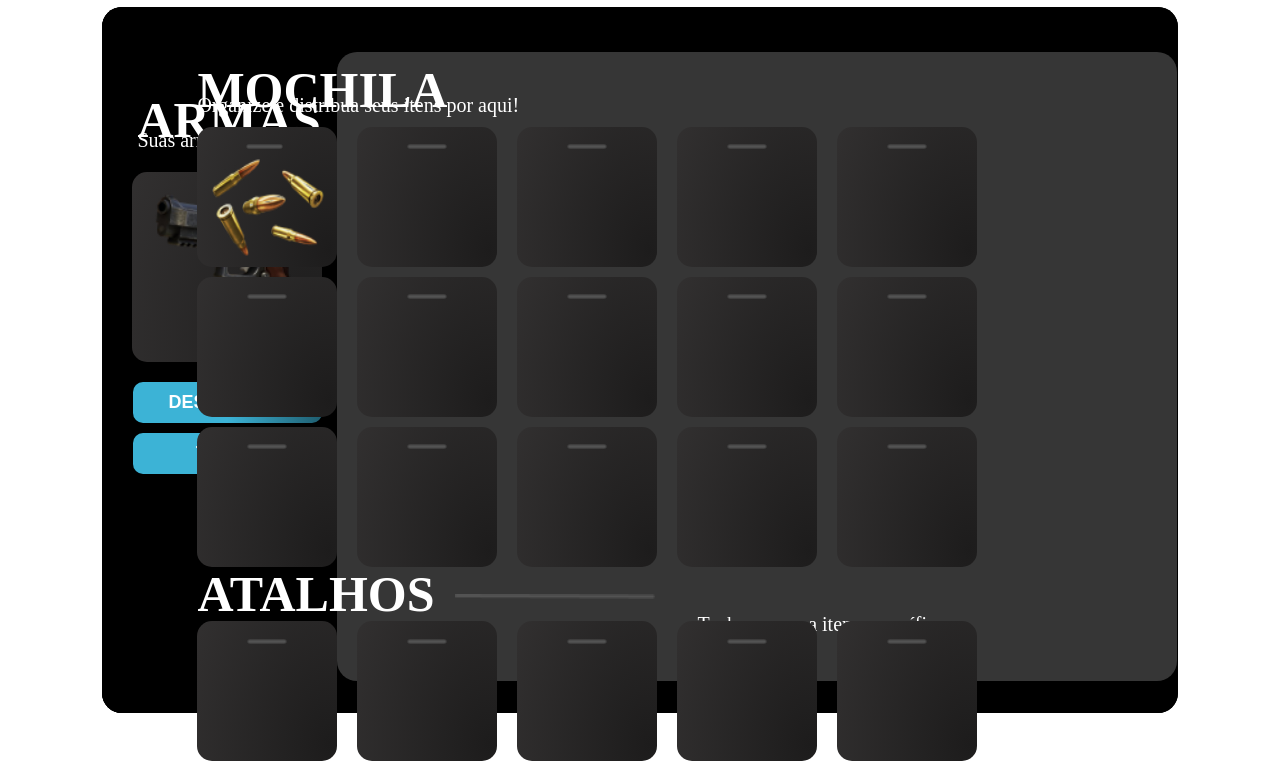
Repository: DuMCorrea/Mochila
Page: index.html
The author's editor kept a copy of each file at every save. The page is drawn from the files as they stood at one save, then again after a run of saves.
The browser window is 1280 px wide. The pictures show the whole page.
Some web fonts or font styles are not loaded; a fallback is used.

Above is the page before, as saved 2024-09-03 09:50:42.

### index.html
<!DOCTYPE html>
<html lang="pt-BR">
<head>
    <meta charset="UTF-8">
    <meta name="viewport" content="width=device-width, initial-scale=1.0">
    <link href="https://fonts.googleapis.com/css2?family=Baloo+Bhai+2&display=swap" rel="stylesheet">
    <title>Modelo de Tela</title>
    <link rel="stylesheet" href="styles.css">
</head>
<body>
    <div class="container">
        <div class="background-rectangle">
            <div class="left-div">
                <div class="content-left">
                    <h1>ARMAS</h1>
                    <p>Suas armas equipadas!</p>
                    <div class="image-container">
                        <img src="assets/ARMA.png" alt="Imagem" />
                    </div>
                    <button class="desequipar-btn">DESEQUIPAR</button>
                    <button class="todas">TODAS</button>
                </div>
            </div>
            <div class="right-div">
                <div class="content-right">
                    <h1>MOCHILA</h1>
                    <p>Organize e distribua seus itens por aqui!</p>
                    <div class="squares-container">
                        <div class="square">
                            <img src="assets/traco.png" alt="Imagem" class="square-image-unic">
                            <img src="assets/balas.png" alt="Imagem" class="shots-image">
                        </div>
                        <div class="square">
                            <img src="assets/traco.png" alt="Imagem" class="square-image">
                        </div>
                        <div class="square">
                            <img src="assets/traco.png" alt="Imagem" class="square-image">
                        </div>
                        <div class="square">
                            <img src="assets/traco.png" alt="Imagem" class="square-image">
                        </div>
                        <div class="square">
                            <img src="assets/traco.png" alt="Imagem" class="square-image">
                        </div>
                    </div>
                    <!-- Segunda linha de quadrados -->
                    <div class="squares-containerr">
                        <div class="square">
                            <img src="assets/traco.png" alt="Imagem" class="square-image">
                        </div>
                        <div class="square">
                            <img src="assets/traco.png" alt="Imagem" class="square-image">
                        </div>
                        <div class="square">
                            <img src="assets/traco.png" alt="Imagem" class="square-image">
                        </div>
                        <div class="square">
                            <img src="assets/traco.png" alt="Imagem" class="square-image">
                        </div>
                        <div class="square">
                            <img src="assets/traco.png" alt="Imagem" class="square-image">
                        </div>
                    </div>

                    <!-- Terceira linha de quadrados -->
                    <div class="squares-containerrr">
                        <div class="square">
                            <img src="assets/traco.png" alt="Imagem" class="square-image">
                        </div>
                        <div class="square">
                            <img src="assets/traco.png" alt="Imagem" class="square-image">
                        </div>
                        <div class="square">
                            <img src="assets/traco.png" alt="Imagem" class="square-image">
                        </div>
                        <div class="square">
                            <img src="assets/traco.png" alt="Imagem" class="square-image">
                        </div>
                        <div class="square">
                            <img src="assets/traco.png" alt="Imagem" class="square-image">
                        </div>
                        </div>
                        <div class="atalhos-title-container">
                            <h1 class="atalhos-title">
                                ATALHOS
                                <img src="assets/linhaGrande.png" alt="Descrição da Imagem" class="atalhos-image">
                                <p class="atalhos-paragraph">Tenha acesso a itens específicos</p>
                            </h1>
                        </div>
                        <div class="shortcuts-container">
                            <div class="square">
                                <img src="assets/traco.png" alt="Imagem" class="square-image">
                            </div>
                            <div class="square">
                                <img src="assets/traco.png" alt="Imagem" class="square-image">
                            </div>
                            <div class="square">
                                <img src="assets/traco.png" alt="Imagem" class="square-image">
                            </div>
                            <div class="square">
                                <img src="assets/traco.png" alt="Imagem" class="square-image">
                            </div>
                            <div class="square">
                                <img src="assets/traco.png" alt="Imagem" class="square-image">
                            </div>
                        </div>

                        </div>
                        </div>
                        </div>
                        </div>
                        </body>

                        </html>

### styles.css
body, html {
    margin: 0;
    padding: 0;
    width: 100%;
    height: 100%;
    display: flex;
    justify-content: center;
    align-items: center;
    background-color: white; /* Fundo preto para o body */
    font-family: 'Baloo Bhai 2', cursive; /* Aplicando a fonte Baloo Bhai */
}

.container {
    width: 84%; /* Largura da div principal */
    height: 98%; /* Altura da div principal */
    display: flex;
    justify-content: center;
    align-items: center;
    background-color: #000000; /* Fundo preto para a div principal */
    border-radius: 20px; /* Canto arredondado */
    font-family: 'Baloo Bhai 2', cursive; /* Aplicando a fonte Baloo Bhai */
}

.background-rectangle {
    width: 100%;
    height: 100%;
    background: #000000; /* Fundo preto para o retângulo principal */
    border-radius: 20px; /* Cantos arredondados */
    display: flex;
}

.left-div {
    width: 22%; /* 25% da largura da tela */
    height: 100%;
    background-color: #000000; /* Fundo preto para a div esquerda */
    display: flex;
    justify-content: center;
    align-items: center;
    border-radius: 20px 0 0 20px; /* Canto arredondado à esquerda */
    font-family: 'Baloo Bhai 2', cursive; /* Aplicando a fonte Baloo Bhai */
}

.right-div {
    width: calc(110% - 20px); /* 73% da largura da tela menos a margem */
    height: calc(92% - 20px); /* 95% da altura menos a margem */
    background-color: #363636; /* Fundo cinza para a div direita */
    display: flex;
    justify-content: center;
    align-items: center;
    margin: 45px; /* Margem em torno da div da direita */
    border-radius: 20px; /* Cantos arredondados */
    font-family: 'Baloo Bhai 2', cursive; /* Aplicando a fonte Baloo Bhai */
}


/* DIV DA ESQUERDA */

.content-left {
    text-align: justify; /* Justifica o texto */
    display: flex;
    flex-direction: column;
    justify-content: flex-start; /* Alinha os elementos ao topo da div */
    align-items: center; /* Centraliza horizontalmente */
    height: 100%; /* Ocupa toda a altura da div esquerda */
    padding-top: 100px; /* Adiciona um espaçamento do topo */
}

.left-div h1 {
    color: white; /* Cor branca para o título */
    font-size: 50px; /* Tamanho da fonte do título */
    margin-bottom: -20px; /* Espaçamento negativo para aproximar o parágrafo */
    font-weight: 900;
    width: 100%; /* Para garantir que a justificação funcione */
    text-align: justify; /* Justifica o texto do título */
    position: relative;
    left: 35px;
}

.left-div p {
    color: white; /* Cor branca para a frase */
    font-size: 20px; /* Tamanho da fonte da frase */
    margin-top: 0; /* Remove a margem superior do parágrafo */
    width: 100%; /* Para garantir que a justificação funcione */
    text-align: justify; /* Justifica o texto da frase */
    font-weight: 100;
    position: relative;
    left: 35px;
}

.image-container {
    width: 190px; /* Largura do quadrado */
    height: 190px; /* Altura do quadrado */
    background: radial-gradient(547.21% 823.76% at 94.51% 88.04%, #1D1C1C 0%, #837E7E 100%); /* Fundo com gradiente */
    border-radius: 15px; /* Borda arredondada */
    display: flex;
    justify-content: center;
    align-items: center;
    margin-top: 0px; /* Espaçamento acima da imagem */
    position: relative;
    left: 30px;
}

.image-container img {
    width: 85%; /* Ajusta o tamanho da imagem para caber no container */
    height: 85%; /* Ajusta o tamanho da imagem para caber no container */
    border-radius: 15px; /* Borda arredondada da imagem para combinar com o container */
}

.desequipar-btn {
    margin-top: 20px; /* Espaçamento acima do botão */
    padding: 10px 20px; /* Espaçamento interno do botão */
    background: linear-gradient(90deg, #3CB3D6 49.9%, #1F5E70 100%); /* Fundo com gradiente */
    color: white; /* Cor do texto */
    font-size: 18px; /* Tamanho da fonte */
    font-weight: bold; /* Negrito no texto */
    border: none; /* Remove a borda padrão do botão */
    border-radius: 10px; /* Bordas arredondadas */
    cursor: pointer; /* Cursor de ponteiro ao passar o mouse */
    text-align: center; /* Centraliza o texto no botão */
    width: 189px; /* Largura do botão */
    position: relative;
    left: 30px;
}

.todas {
    margin-top: 10px; /* Espaçamento acima do botão */
    padding: 10px 20px; /* Espaçamento interno do botão */
    background: linear-gradient(90deg, #3CB3D6 49.9%, #1F5E70 100%); /* Fundo com gradiente */
    color: white; /* Cor do texto */
    font-size: 18px; /* Tamanho da fonte */
    font-weight: bold; /* Negrito no texto */
    border: none; /* Remove a borda padrão do botão */
    border-radius: 10px; /* Bordas arredondadas */
    cursor: pointer; /* Cursor de ponteiro ao passar o mouse */
    text-align: center; /* Centraliza o texto no botão */
    width: 189px; /* Largura do botão */
    position: relative;
    left: 30px;
}


/* DIV DA DIREITA */


.content-right {
    display: flex;
    flex-direction: column;
    justify-content: flex-start; /* Alinha os elementos ao topo da div */
    align-items: flex-start; /* Alinha os elementos à esquerda */
    height: 100%; /* Ocupa toda a altura da div direita */
    padding: 20px; /* Adiciona um espaçamento interno */
}

.right-div h1 {
    color: white; /* Cor branca para o título */
    font-size: 50px; /* Tamanho da fonte do título */
    margin-bottom: -20px; /* Espaçamento negativo para aproximar o parágrafo */
    font-weight: 900;
    width: 100%; /* Para garantir que a justificação funcione */
    text-align: left; /* Alinha o texto à esquerda */
    position: relative; /* Posicionamento relativo para o elemento abaixo */
    right: 160px;
    bottom: 25px;
}

.right-div p {
    color: white; /* Cor branca para a frase */
    font-size: 20px; /* Tamanho da fonte da frase */
    margin-top: 0; /* Remove a margem superior do parágrafo */
    width: 100%; /* Para garantir que a justificação funcione */
    text-align: left; /* Alinha o texto à esquerda */
    font-weight: 100;
    position: relative; /* Posicionamento relativo para o elemento abaixo */
    right: 160px;
    bottom: 30px;
}

.squares-container {
    display: flex; /* Exibe os quadrados em linha */
    justify-content: center; /* Centraliza os quadrados horizontalmente */
    align-items: center; /* Centraliza os quadrados verticalmente */
    width: 100%; /* Largura total para o contêiner */
    height: 50%; /* Altura do contêiner */
    position: relative;
    right: 170px;
    bottom: 40px;
}

.squares-containerr {
    display: flex; /* Exibe os quadrados em linha */
    justify-content: center; /* Centraliza os quadrados horizontalmente */
    align-items: center; /* Centraliza os quadrados verticalmente */
    width: 100%; /* Largura total para o contêiner */
    height: 50%; /* Altura do contêiner */
    position: relative;
    right: 170px;
    bottom: 30px;

}
.squares-containerrr {
    display: flex; /* Exibe os quadrados em linha */
    justify-content: center; /* Centraliza os quadrados horizontalmente */
    align-items: center; /* Centraliza os quadrados verticalmente */
    width: 100%; /* Largura total para o contêiner */
    height: 50%; /* Altura do contêiner */
    position: relative;
    right: 170px;
    bottom: 20px;
}

.square {
    width: 140px; /* Largura dos quadrados */
    height: 140px; /* Altura dos quadrados */
    background: radial-gradient(547.21% 823.76% at 94.51% 88.04%, #1D1C1C 0%, #837E7E 100%); /* Gradiente de fundo */
    border-radius: 15px; /* Bordas arredondadas */
    margin: 0 10px 0px 10px; /* Espaçamento entre os quadrados e entre as linhas */
    display: flex;
    justify-content: center; /* Centraliza horizontalmente o conteúdo */
    align-items: center; /* Centraliza verticalmente o conteúdo */
}

.square-image {
    width: 40px; /* Tamanho da imagem dentro dos quadrados */
    height: 5px;
    position: relative;
    bottom: 50px;
}

.square-image-unic {
    width: 40px; /* Tamanho da imagem dentro dos quadrados */
    height: 5px;
    position: relative;
    bottom: 50px;
    left: 60px;
}

.shots-image {
    width: 90%; /* Tamanho da imagem dentro dos quadrados */
    height: 70%;
    position: relative;
    top: 10px;
    right: 20px;
}


.shortcuts-container {
    display: flex;
    justify-content: center;
    align-items: center;
    width: 100%;
    position: relative;
    right: 170px;
    bottom: 80px;
}

.atalhos-title-container {
    display: flex;
    align-items: center;
    justify-content: flex-start;
    position: relative;
    right: 0px;
    bottom: 30px;
}

.atalhos-image {
    width: 200px; /* Ajuste o tamanho da imagem conforme necessário */
    height: 5px;
    position: relative;
    bottom: 12px;
    left: 8px;
}

.atalhos-paragraph {
    color: white;
    font-size: 20px; /* Ajuste o tamanho do texto conforme necessário */
    position: relative;
    top: -10px;
    left: 500px;
}

After the next 2 saves:
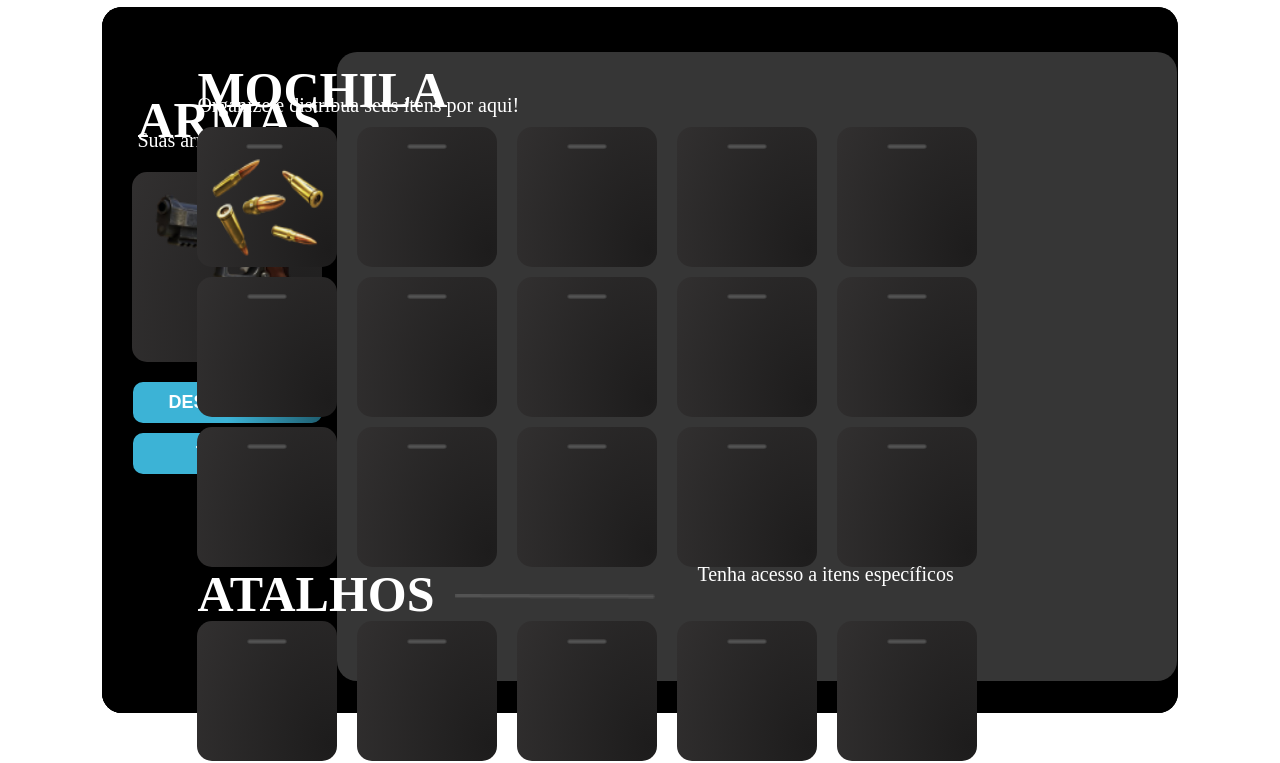
The 2 saves are shown as one change because they came seconds apart.
The last was saved 6 s later.
--- a/styles.css
+++ b/styles.css
@@ -274,6 +274,6 @@ body, html {
     color: white;
     font-size: 20px; /* Ajuste o tamanho do texto conforme necessário */
     position: relative;
-    top: -10px;
+    top: -60px;
     left: 500px;
 }
